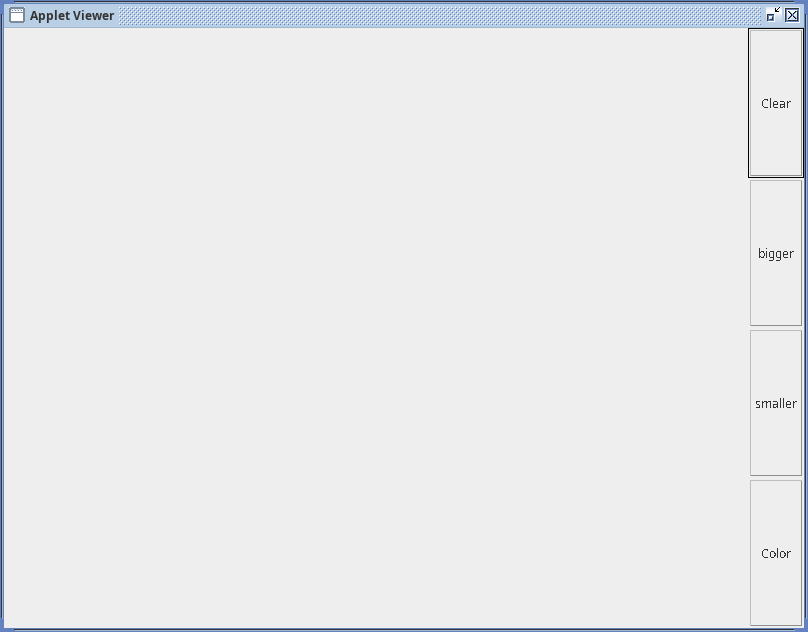
Repository: EnjoyWorkTrue/Spring2014
Program's window: java CMP342/Assignment2/project1/Drwing.java
An editor plug-in stored every save of this project. The program's window is shown before and after a run of saves, followed by the edit.
It runs on Java 21 on a 1366 x 768 screen with the Metal look.

Above is the program's window before, as saved 2014-02-25 01:16:15.

After the next 2 saves:
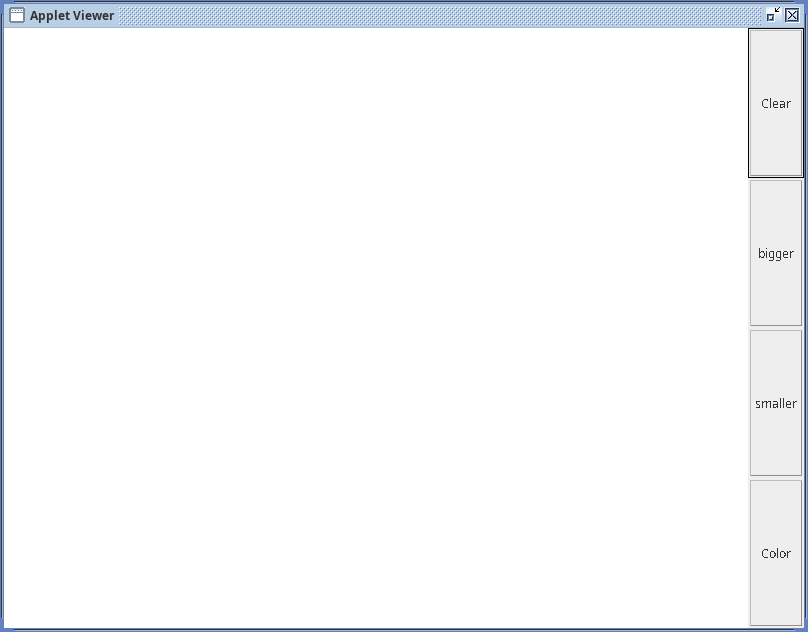
The 2 saves are shown as one change because 1 did not build or start.
The last was saved 10 min 2 s later.
--- a/CMP342/Assignment2/project1/Drwing.java
+++ b/CMP342/Assignment2/project1/Drwing.java
@@ -15,6 +15,7 @@
 
 	setLayout(new BorderLayout());
     add(btn,BorderLayout.EAST);
+    add(wb,BorderLayout.CENTER);
     addKeyListener(wb);
     addMouseMotionListener(wb);
     addMouseListener(wb);
--- a/CMP342/Assignment2/project1/WhiteBoard.java
+++ b/CMP342/Assignment2/project1/WhiteBoard.java
@@ -4,13 +4,14 @@
 import java.awt.Color;
 import java.awt.Font;
 import java.awt.Graphics;
+import java.awt.Panel;
 import java.awt.event.KeyEvent;
 import java.awt.event.KeyListener;
 import java.awt.event.MouseEvent;
 import java.awt.event.MouseListener;
 import java.awt.event.MouseMotionListener;
 
-public class WhiteBoard implements MouseMotionListener,MouseListener,KeyListener{
+public class WhiteBoard extends Panel implements MouseMotionListener,MouseListener,KeyListener{
 	private static Color drawColor = Color.black;
 	private static Color textColor = Color.black;
 	static int size = 30;
@@ -19,6 +20,13 @@
 
 	public static MouseEvent a;
 
+	public WhiteBoard(){
+		setBackground(Color.white);
+		setForeground(drawColor);
+		addKeyListener(this);
+	    addMouseMotionListener(this);
+	    addMouseListener(this);
+	}
 
 	@Override
 	public void mouseDragged(MouseEvent e) {
